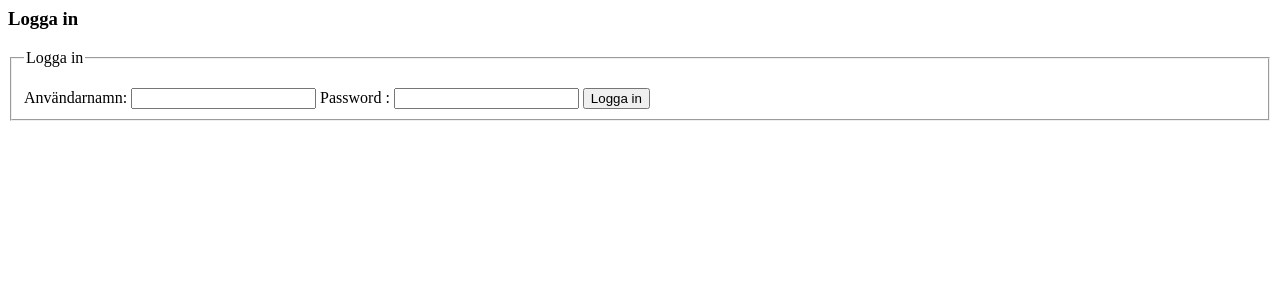
Repository: mp222sf/1dv450-clientapplication
Page: views/login.html
The author's editor kept a record of every edit. The page is drawn from the files as they stood at one moment, then again after the next edit.
The browser window is 1280 px wide. The pictures show the whole page.

Above is the page before.

### views/login.html
<h3>Logga in</h3>

<form method="post" >
	<fieldset>
		<legend>Logga in</legend>
		<p id="loginMessage"></p>

		<span>Användarnamn:</span>
		<input type="text" id="loginUsername" name="loginUsername" data-ng-model="filter.username" />

		<span>Password :</span>
		<input type="password" id="loginPassword" name="loginPassword" data-ng-model="filter.password" />

		<input type="submit" name="login" value="Logga in" data-ng-click="login.toLogin(filter.username,filter.password)" />
	</fieldset>
</form>

After the next edit:
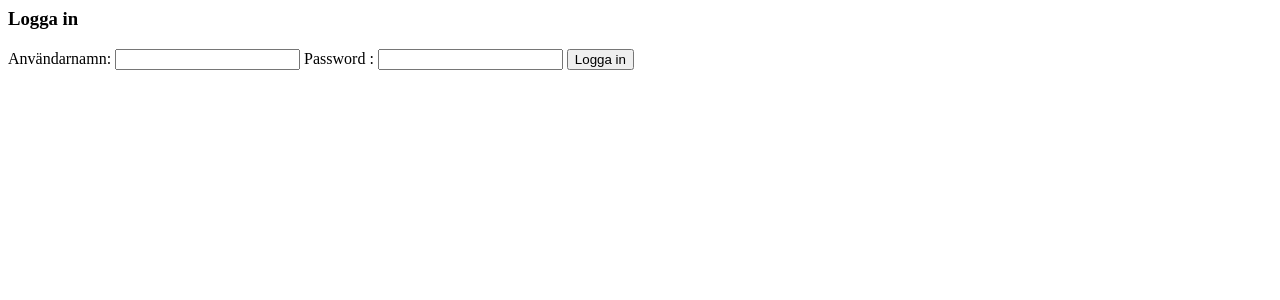
The edit:
--- a/views/login.html
+++ b/views/login.html
@@ -1,10 +1,6 @@
 <h3>Logga in</h3>
 
 <form method="post" >
-	<fieldset>
-		<legend>Logga in</legend>
-		<p id="loginMessage"></p>
-
 		<span>Användarnamn:</span>
 		<input type="text" id="loginUsername" name="loginUsername" data-ng-model="filter.username" />
 
